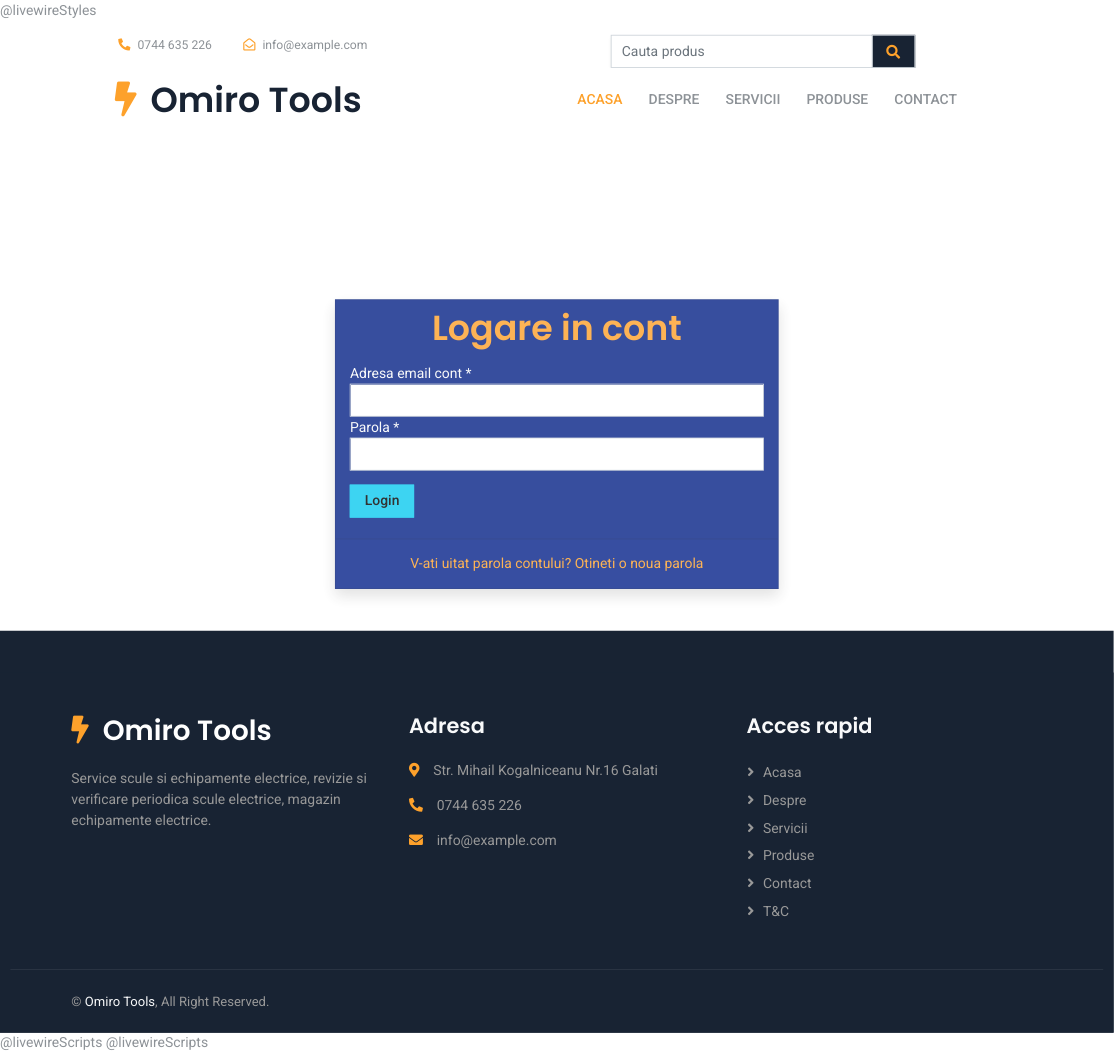
Repository: sorina0109/laravel_test
Page: http://localhost/login
These files come from the project's save history. The page is drawn as it stood at one moment and after the next save; the edit follows.
The browser window is 1280 px wide. The pictures show the whole page, at 87% of full size.
Some web libraries are served in a nearby version. The page is served by the project's Laravel application, run on PHP 8.4 with Laravel 10.

Above is the page before, as saved 2023-08-15 14:59:04.

After the next save:
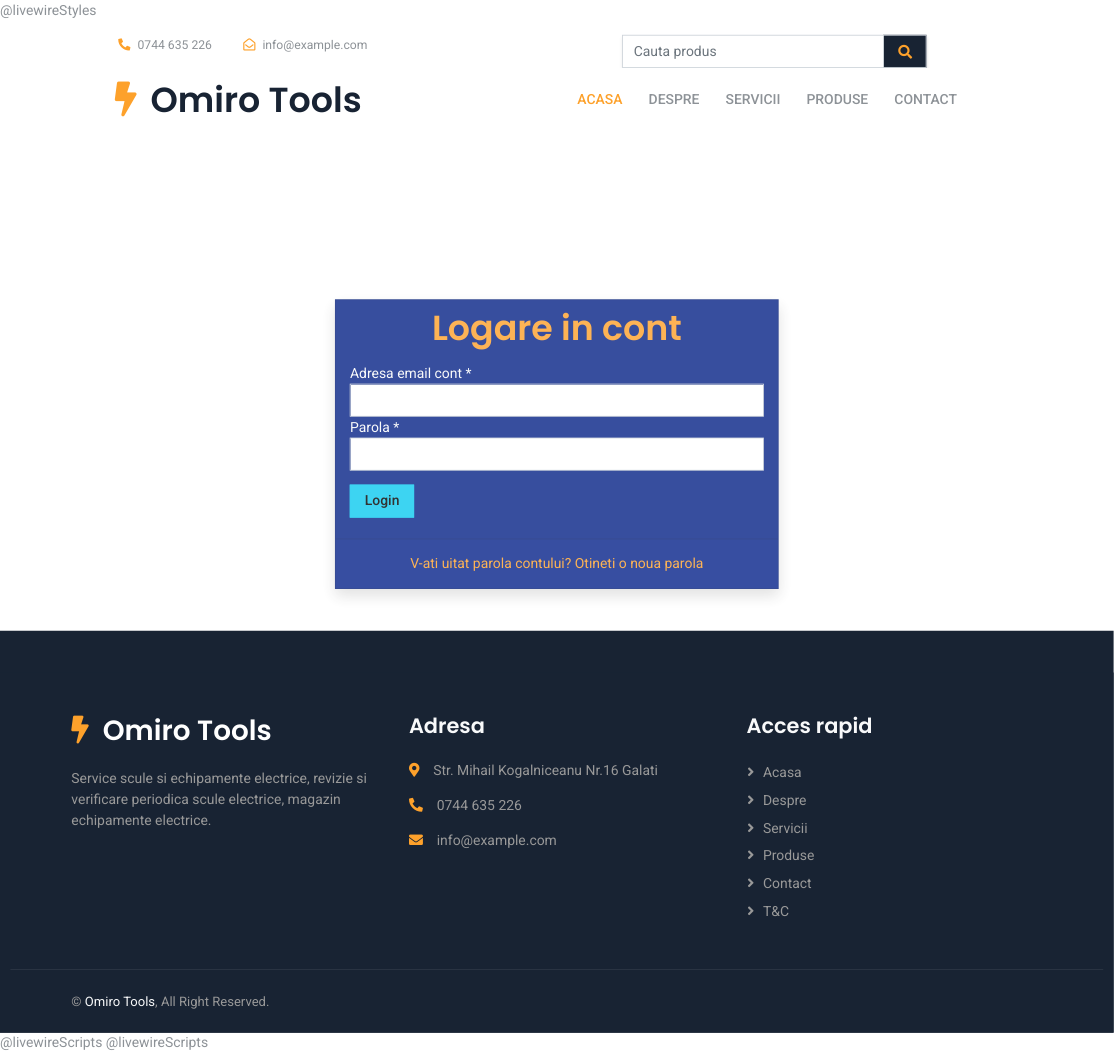
Saved 15 s later.
--- a/resources/views/front/partials/topbar.blade.php
+++ b/resources/views/front/partials/topbar.blade.php
@@ -15,7 +15,7 @@
                 <small>Luni - Vineri : 08.30 - 17.30</small>
             </div>
         </div>
-        <div class="col-lg-5 d-none d-lg-block text-center ml-5 px-xl-5 pt-3" >
+        <div class="col-lg-5 d-none d-lg-block text-end ml-5 px-xl-5 pt-3" >
             <form style="display: inline-block;" action="{{ route('search') }}" method="GET" id="search-bar">
                 <div class="input-group shadow-sm " style="width: 350px;">
                     <input name="search_product" type="text" class="form-control " placeholder="Cauta produs" >
